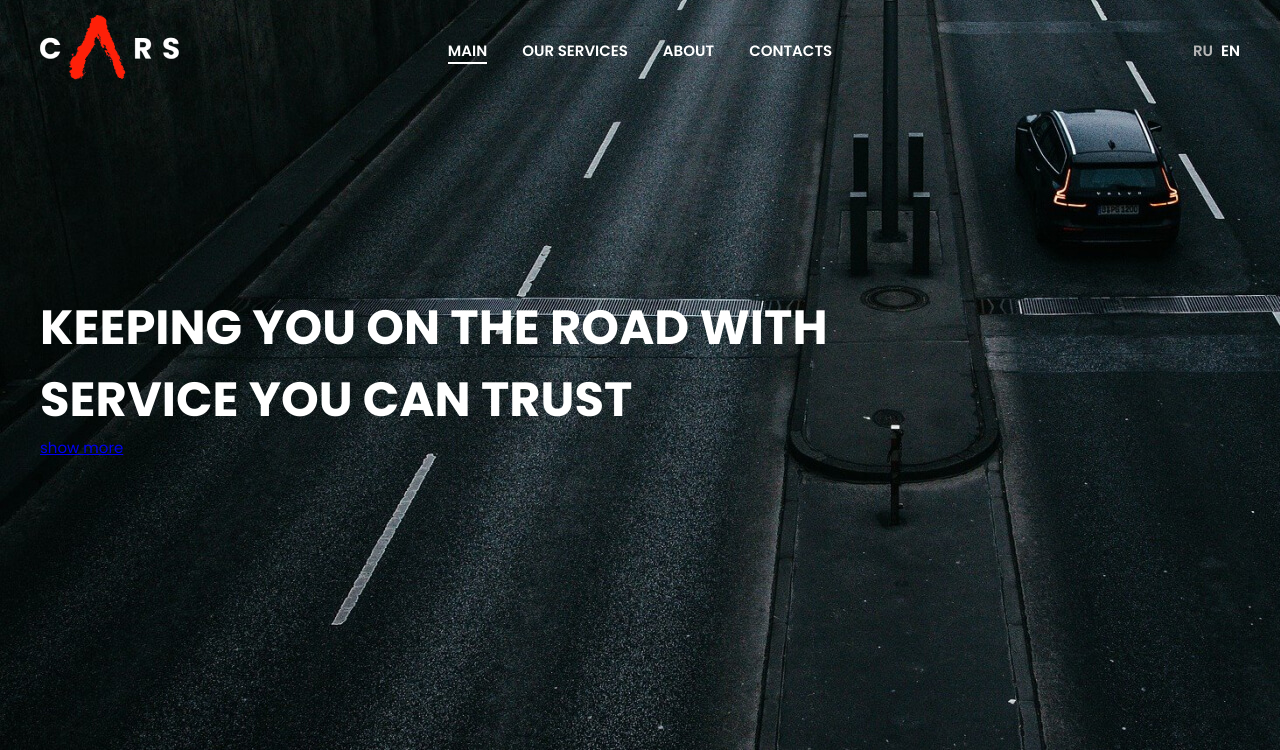
Repository: Earn1ll/car_repair
Page: index.html
An editor plug-in stored every save of this project. The page is shown before and after the next save, followed by the edit.
The browser window is 1280 px wide. The pictures show the whole page.

Above is the page before, as saved 2022-09-18 15:06:05.

After the next save:
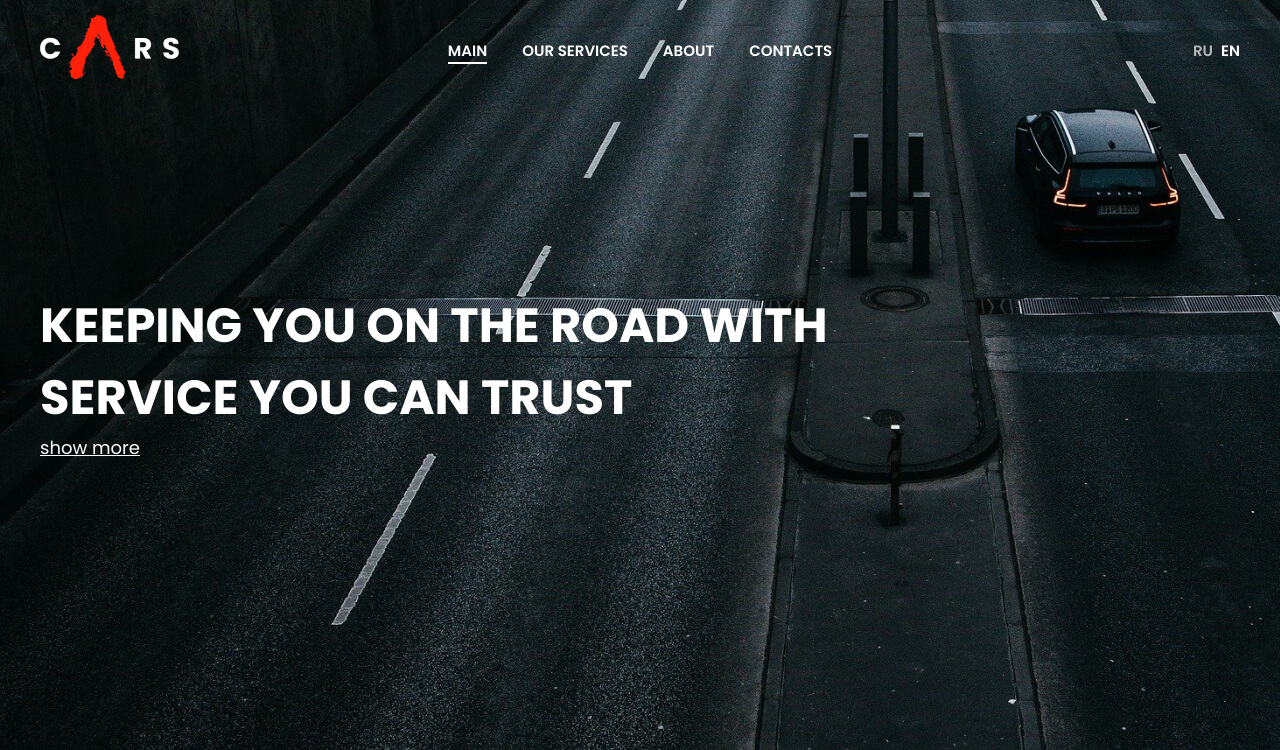
Saved 19 s later.
--- a/css/style.css
+++ b/css/style.css
@@ -18,6 +18,8 @@
     margin: 0 auto;
 }
 .btn {
+    color: #fff;
+    font-size: 18px;
 
 }
 
